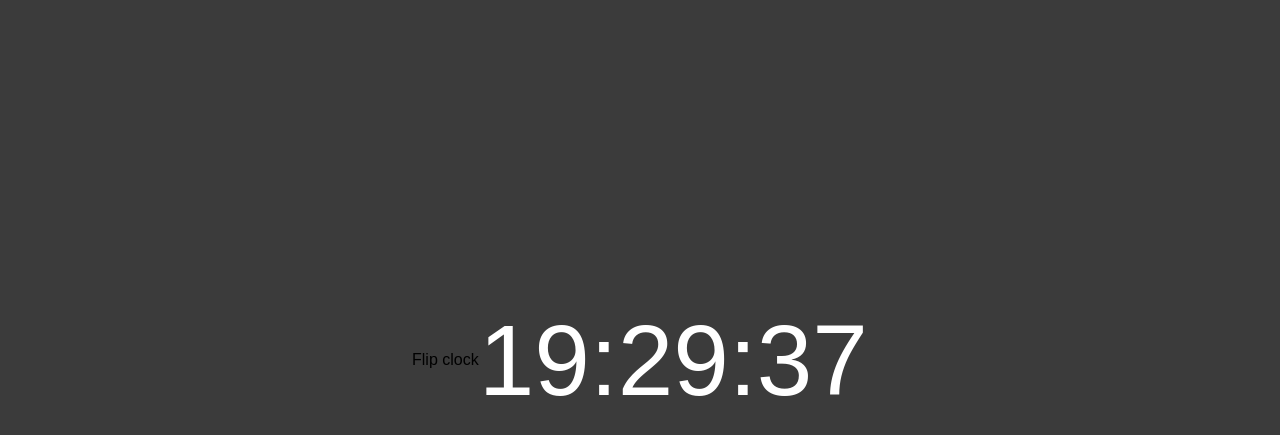
Repository: ThibautCptr/flip_clock
Page: index.html
An editor plug-in stored every save of this project. The page is shown before and after the next save, followed by the edit.
The browser window is 1280 px wide. The pictures show the whole page.

Above is the page before, as saved 2024-09-18 17:50:17.

After the next save:
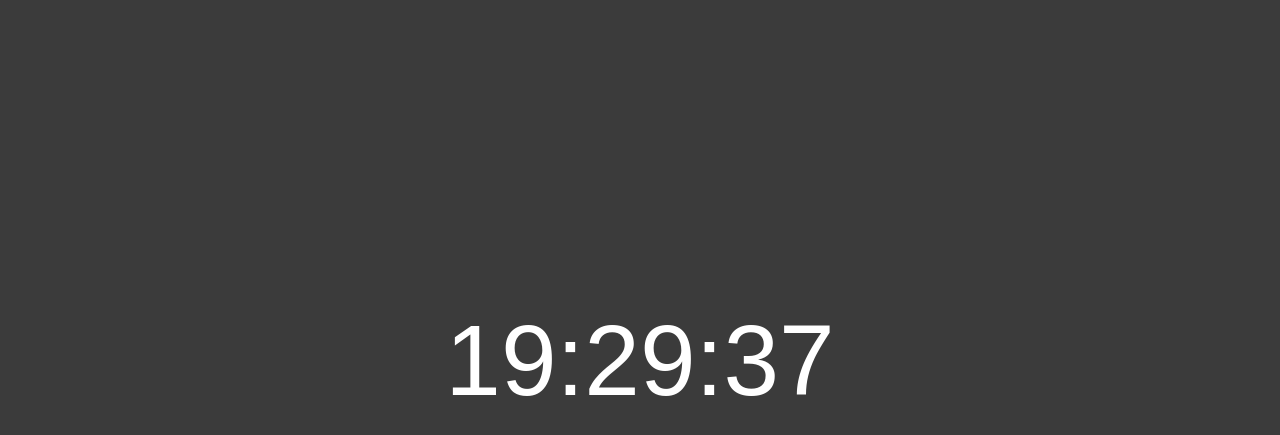
Saved 11 s later.
--- a/index.html
+++ b/index.html
@@ -8,7 +8,6 @@
     <script src="./js/moment.js""></script>
     <script src="./js/moment_tz.js""></script>
     <script src="./js/script.js"></script>
-    <title>Flip clock</title>
 </head>
 <body>
     <div id="clock"></div>
